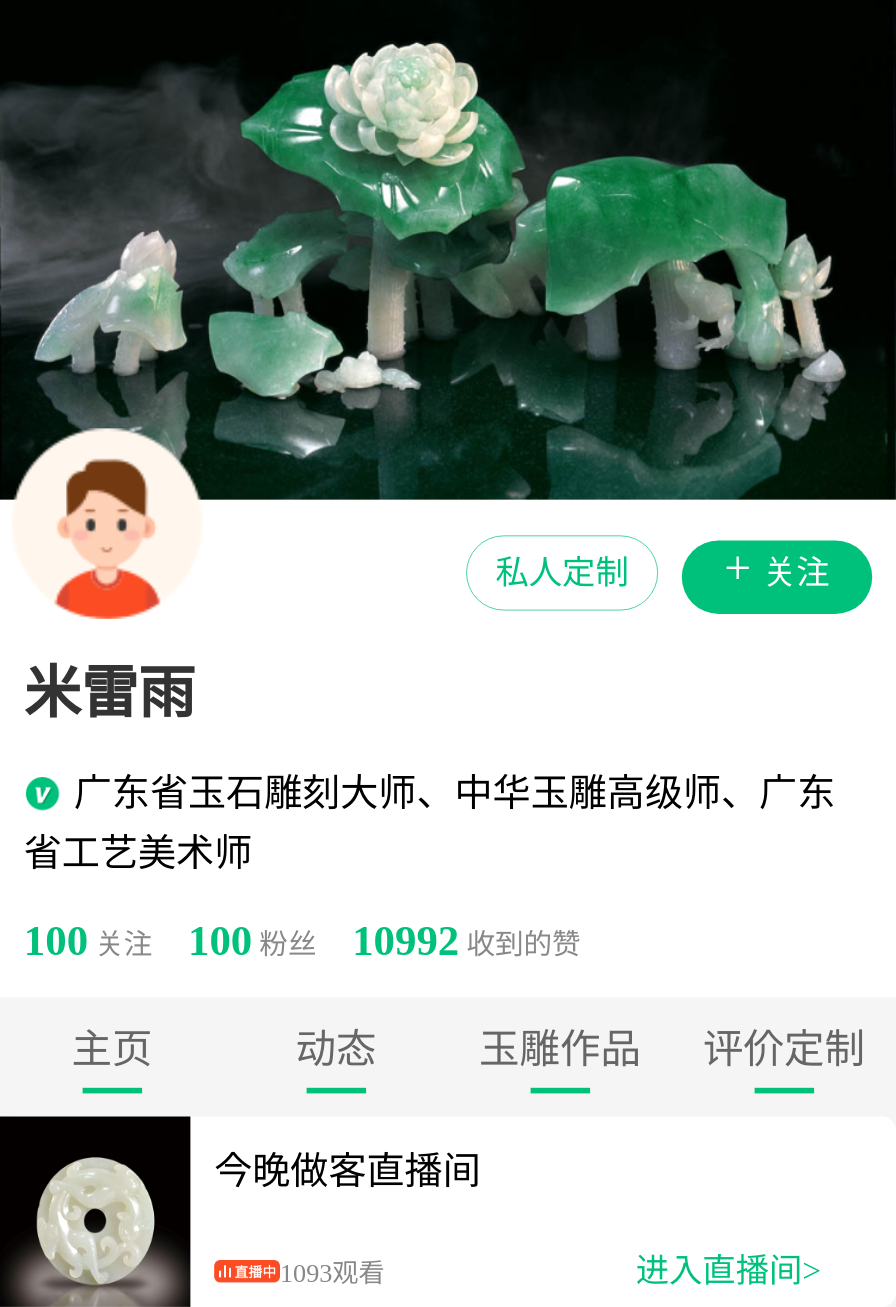
Repository: 1yanglulu/-
Page: html/jadecarvemaincenter.html
An editor plug-in stored every save of this project. The page is shown before and after the next save, followed by the edit.
The browser window is 1280 px wide. The pictures show the whole page, at 70% of full size.

Above is the page before, as saved 2020-01-07 16:54:44.

After the next save:
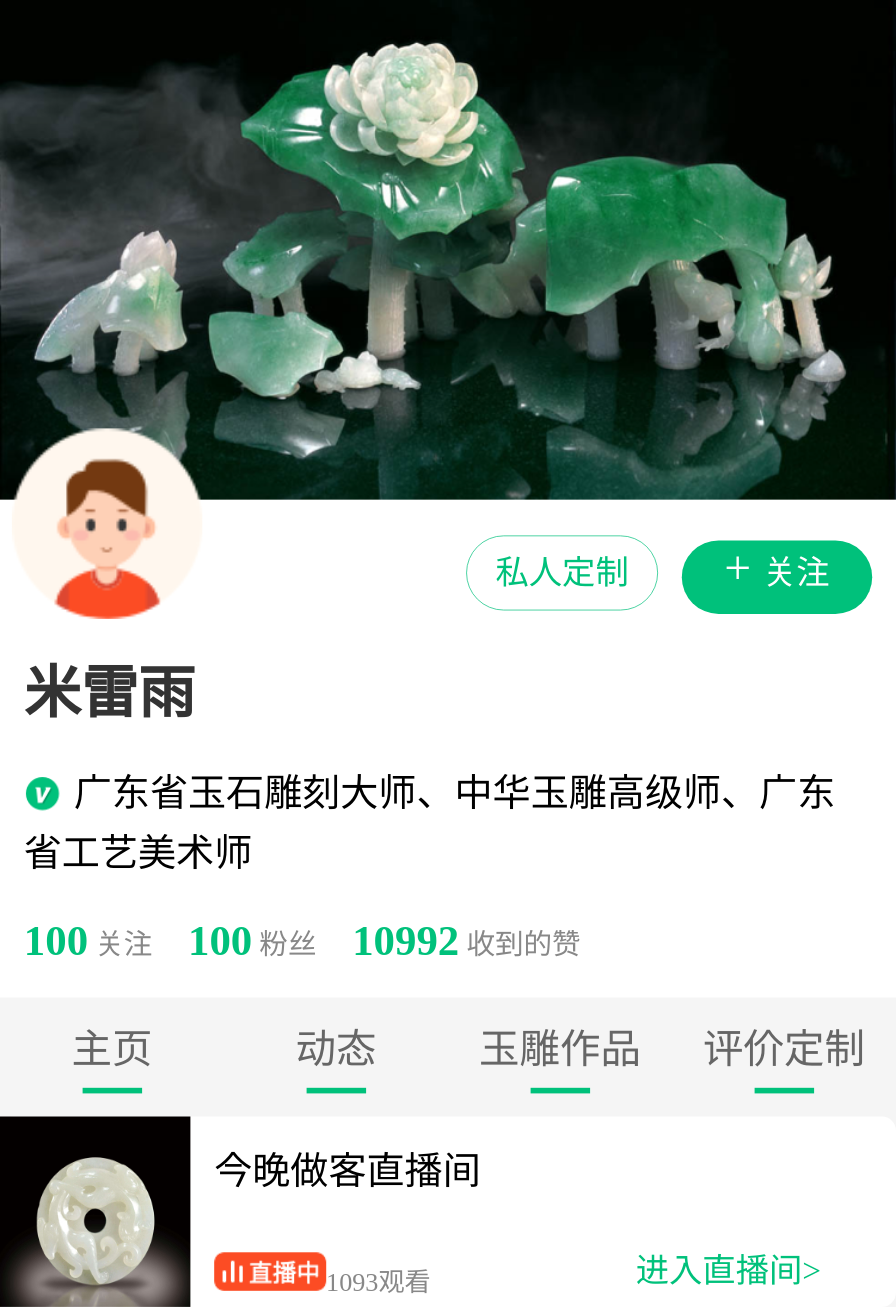
Saved 29 s later.
--- a/css/jadehomepage.css
+++ b/css/jadehomepage.css
@@ -44,6 +44,8 @@
 }
 .live-detail>img{
   display: inline-block;
+  width: .94rem;
+  height: .32rem;
 }
 .live-detail>a{
   display: inline-block;
